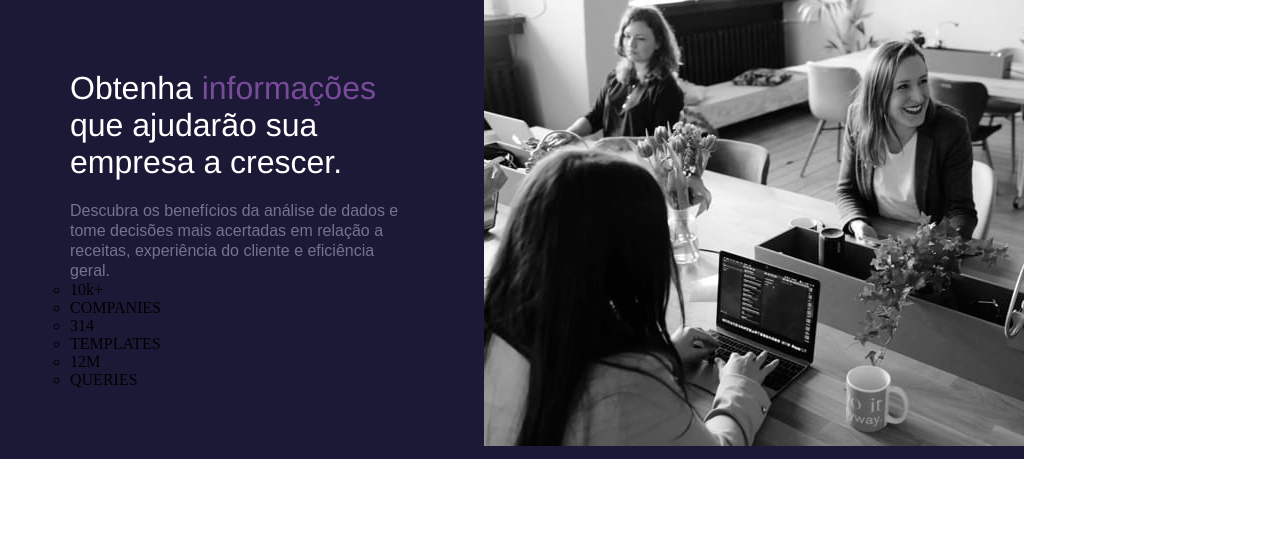
Repository: caique2512/componentes-de-estatisticas
Page: index.html
These files come from the project's save history. The page is drawn as it stood at one moment and after the next save; the edit follows.
The browser window is 1280 px wide. The pictures show the whole page.

Above is the page before, as saved 2026-03-03 17:19:50.

After the next save:
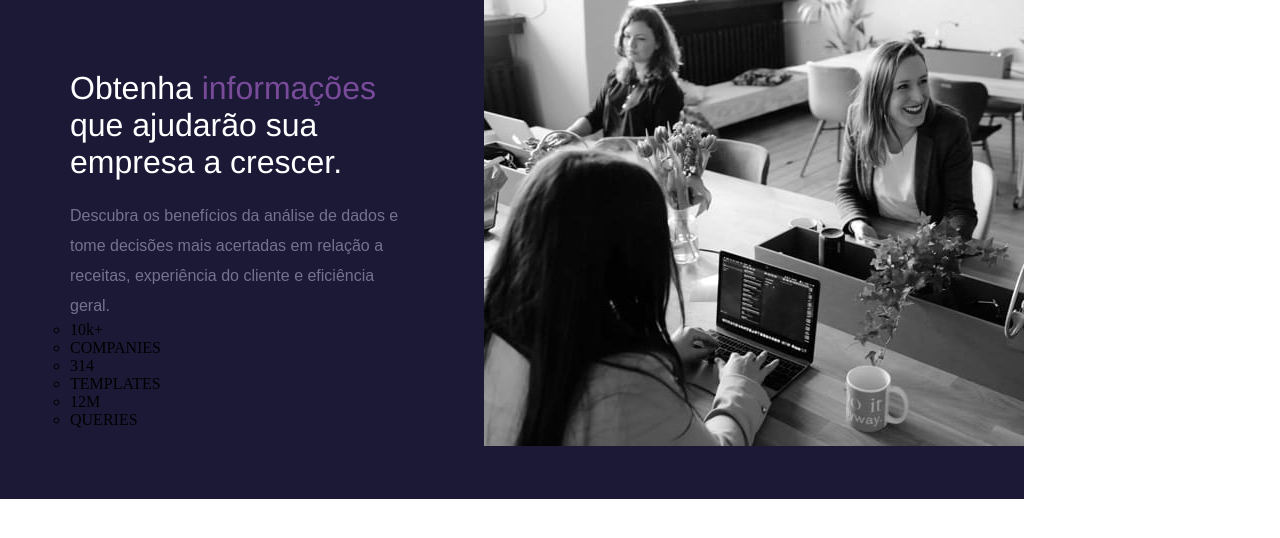
Saved 4 s later.
--- a/src/estilos.css
+++ b/src/estilos.css
@@ -23,5 +23,5 @@
 .conteudo-principal .subtitulo {
     color: #74728e;
     font-family: Arial, Helvetica, sans-serif;
-    line-height: 1.25rem;
+    line-height: 1.88rem;
 }
